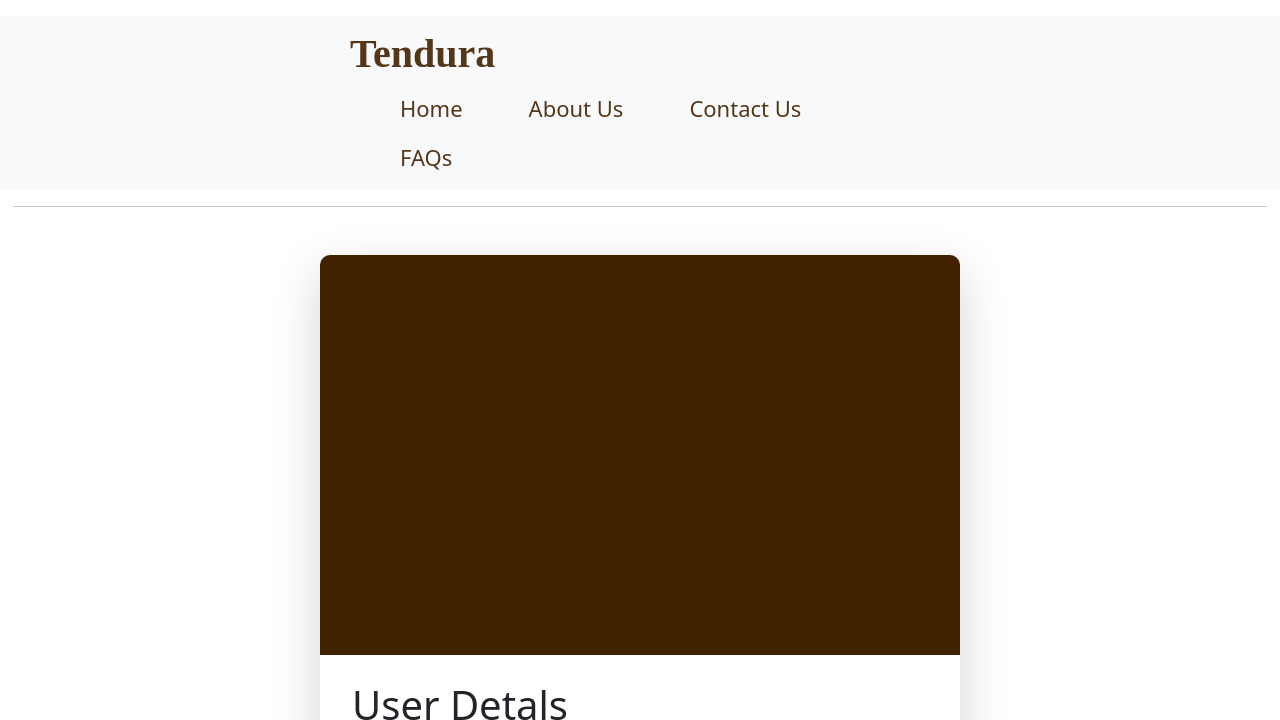
Repository: Starboy117/OOP-Project
Page: http://localhost/Online_Hotel_Reservation_System/userProfile.jsp
These files come from the project's save history. The page is drawn as it stood at one moment and after the next save; the edit follows.
The browser window is 1280 px wide. The pictures show the whole page.
An inner scrolling area shows only its first screen. The page is served by Tomcat 9. The session is filled in as if someone had signed in: {"userId": 1, "name": "Test User"}. Other server files are loaded and not shown.

Above is the page before, as saved 2025-05-07 15:10:20.

### Online_Hotel_Reservation_System/src/main/webapp/userProfile.jsp
<!DOCTYPE html>
<%@ taglib uri="http://java.sun.com/jsp/jstl/core" prefix="c" %>

<%

	Integer id = (Integer) session.getAttribute("userId");
	if(id == null){

		response.sendRedirect("Login.jsp");
		return;
	}
%>
<c:set var="user" value="${sessionScope.user}"/>
<c:set var="id" value="${sessionScope.userId}" />
<c:if test="${not empty id}">
    <p>${user.name}</p>
</c:if>

<html>
    <head>
        <meta charset="UTF-8" />
        <meta name="viewport" content="width=device-width, initial-scale=1.0" />
        <title>Tendura</title>
        <link rel="icon" href="Images/Tendura 1.png" type="image/png" />
        <link href="https://cdn.jsdelivr.net/npm/bootstrap@5.0.2/dist/css/bootstrap.min.css" rel="stylesheet" />
        <link href="https://cdn.jsdelivr.net/npm/bootstrap-icons/font/bootstrap-icons.css" rel="stylesheet">
        <link href="css/userProfile.css" rel="stylesheet">
    </head>

    <body>
        <nav class="navbar custom navbar-light bg-light fixed-top" style="opacity: 90%;">
            <div class="logo1">
              <a href="Home.jsp" class="navbar-brand">
                <span class="fw-bold text-brown fs-1 text-s5">Tendura</span>
              </a>
            </div>
            <div class="tabs">
              <ul class="nav" style="margin: 0%;">
                <li class="nav-item">
                  <a class="nav-link custom" href="Home.jsp">Home</a>
                </li>
                <li class="nav-item">
                  <a class="nav-link custom" href="#">About Us</a>
                </li>
                <li class="nav-item">
                  <a class="nav-link custom" href="#">Contact Us</a>
                </li>
                <li class="nav-item">
                  <a class="nav-link custom" href="#">FAQs</a>
                </li>
              </ul>
            </div>
          </nav>
        <center>
          <hr style="width: 98%; border: 2px #422100;" class="mb-5">
        </center>

        <div class="profile-container shadow-lg">

          <div class="design1">

          </div>

          <form id="form1">

              <div class="form-container">
                <fieldset disabled id="fieldset1">
                  <legend class="fs-1">User Detals</legend><br>
                  <label class="fs-3">Name ${user.name}</label><br>
                  <input class="input1" type="text" value="${user.name}"><br><br>

                  <label class="fs-3">Username</label><br>
                  <input class="input1" type="text" value="${user.username}"><br><br>

                  <label class="fs-3">Email</label><br>
                  <input class="input1" type="email" value="${user.email}"><br><br>
                </fieldset>

                <button type="button" class="btn custom bg-brown btn-lg border-0" id="edit-btn" onclick="updateProfile();">Edit <i class="bi bi-pencil"></i></button>
                <button type="submit" class="btn-success btn-lg border-0" style="display: none;margin-bottom:50px;" id="update-btn">Update <i class="bi bi-arrow-clockwise"></i>
                </button>
                </div>

            </form>

              <br><br>
              <hr style="margin: auto;">
              <br><br>

          <form id="form2">

              <div class="form-container" style="padding-bottom:50px;">
                <fieldset disabled id="fieldset2">
                  <legend class="fs-1">Password</legend><br>
                  <label class="fs-3">Username</label><br>
                  <input class="input1" type="password" value="${user.password}"><br><br>

                  <label class="fs-3">Confirm Password</label><br>
                  <input class="input1" type="password" value="${user.password}"><br><br>
                </fieldset>

                <button type="button" class="btn custom bg-brown btn-lg border-0" id="cp-btn" onclick="changePass();">Change Password</button>
                <button type="submit" class="btn-success btn-lg border-0" style="margin-bottom:50px;display:none" id="cp-update-btn">Change Password</button>

              </div>

          </form>


        </div>

        <script src="js/userProfile.js"></script>
    </body>




</html>

### Online_Hotel_Reservation_System/src/main/webapp/css/userProfile.css
@font-face {
    font-family: 'Cinzel';
    src: url('Fonts/Cinzel-VariableFont_wght.ttf') format('truetype');
  }



  html, body {
    margin: 0;
    padding: 0;
    height: 100%;
    overflow-x: hidden;
  }




  .bg-brown {
    background-color: #422100;
    color: whitesmoke;
  }

  .text-brown {
    color: #422100;

  }

  .text-s5{

    font-family: 'Cinzil';
  }

  .navbar.custom{

    padding-left: 350px;
    padding-right: 350px;
    position: relative;
  }

  .logo1 {

    width: auto;
  }

  .tabs {
    margin-right: 50px;
    display: flex;
    align-items: center;
  }

  .nav-link.custom {
    color: #422100;
    font-size: 22px;
    font-weight: 400;
    padding-left: 50px;
  }

  .nav-link.custom:hover,
  .nav-link.custom.active {
    color: #d6ab5b;
  }

  .profile-container{

    height: auto;
    margin: auto;
    width: 50%;
    border-radius: 10px;
  }

  .design1{

    height: 400px;
    width: 100%;
    background-color: #422100;
    border-top-left-radius: 10px;
    border-top-right-radius: 10px;
  }

  .input1{

    margin-top: 20px;
    width: 100%;
    height: 50px;
    border: 1px solid #ccc;
}

.form-container{

  width: 90%;
  margin: auto;
  margin-top: 20px;

}

.btn.custom {
  margin-bottom: 50px;
}

### Online_Hotel_Reservation_System/src/main/webapp/js/userProfile.js

document.addEventListener('DOMContentLoaded', function() {
    function updateProfile() {
        document.getElementById("fieldset1").disabled = false;
        document.getElementById("edit-btn").style.display = "none";
        document.getElementById("update-btn").style.display = "block";
        const inputs = document.querySelectorAll("#form1 input");
        inputs.forEach(input => {
            input.style.border = "1px solid #6c6c6c";
        });
    }

    function changePass() {
        document.getElementById("fieldset2").disabled = false;
        document.getElementById("cp-btn").style.display = "none";
        document.getElementById("cp-update-btn").style.display = "block";
        const inputs = document.querySelectorAll("#form2 input");
        inputs.forEach(input => {
            input.style.border = "1px solid #6c6c6c";
        });
    }

    // Password visibility toggle
    const togglePassword = document.querySelector('#togglePassword');
    const toggleConfirmPassword = document.querySelector('#toggleConfirmPassword');
    const password = document.querySelector('#password');
    const confirmPassword = document.querySelector('#confirmPassword');

    if (togglePassword && password) {
        togglePassword.addEventListener('click', function() {
            // toggle the type attribute
            const type = password.getAttribute('type') === 'password' ? 'text' : 'password';
            password.setAttribute('type', type);

            // toggle the icon
            this.classList.toggle('bi-eye');
            this.classList.toggle('bi-eye-slash');
        });
    }

    if (toggleConfirmPassword && confirmPassword) {
        toggleConfirmPassword.addEventListener('click', function() {
            // toggle the type attribute
            const type = confirmPassword.getAttribute('type') === 'password' ? 'text' : 'password';
            confirmPassword.setAttribute('type', type);

            // toggle the icon
            this.classList.toggle('bi-eye');
            this.classList.toggle('bi-eye-slash');
        });
    }

    // Make functions available globally if needed
    window.updateProfile = updateProfile;
    window.changePass = changePass;
});

After the next save:
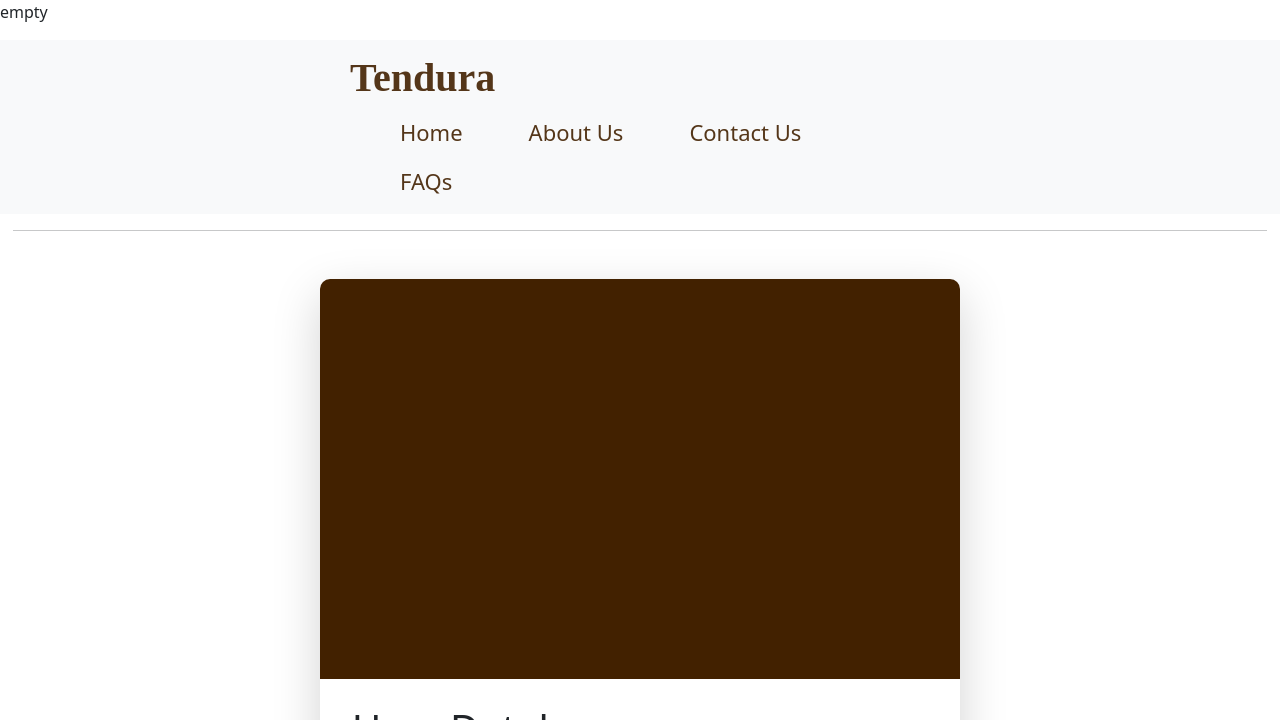
Saved 115 s later.
--- a/Online_Hotel_Reservation_System/src/main/webapp/userProfile.jsp
+++ b/Online_Hotel_Reservation_System/src/main/webapp/userProfile.jsp
@@ -12,8 +12,8 @@
 %>
 <c:set var="user" value="${sessionScope.user}"/>
 <c:set var="id" value="${sessionScope.userId}" />
-<c:if test="${not empty id}">
-    <p>${user.name}</p>
+<c:if test="${empty sessionScope.user}">
+    <p>empty</p>
 </c:if>
 
 <html>
